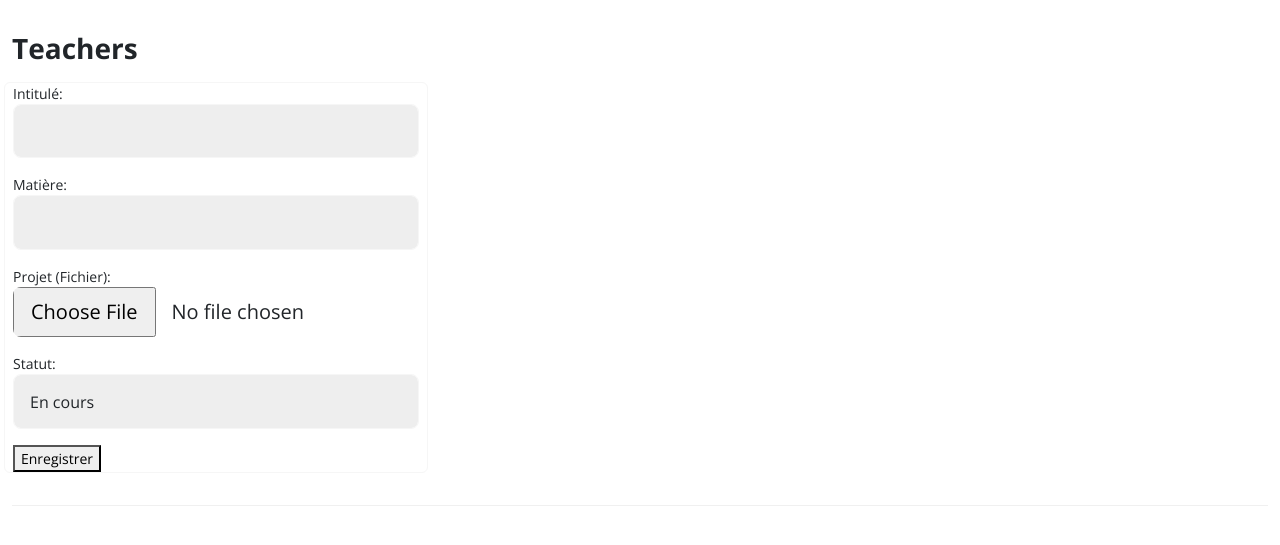
Repository: dimitri0004/Moodle
Page: http://localhost/enseignant/projet/ajouter
An editor plug-in stored every save of this project. The page is shown before and after the next save, followed by the edit.
The browser window is 1280 px wide. The pictures show the whole page.
The page is served by the project's application, run on Django 4.2 (manage.py).

Above is the page before, as saved 2023-08-16 14:44:32.
Console error: TypeError: Cannot set properties of null (setting 'innerHTML')

After the next save:
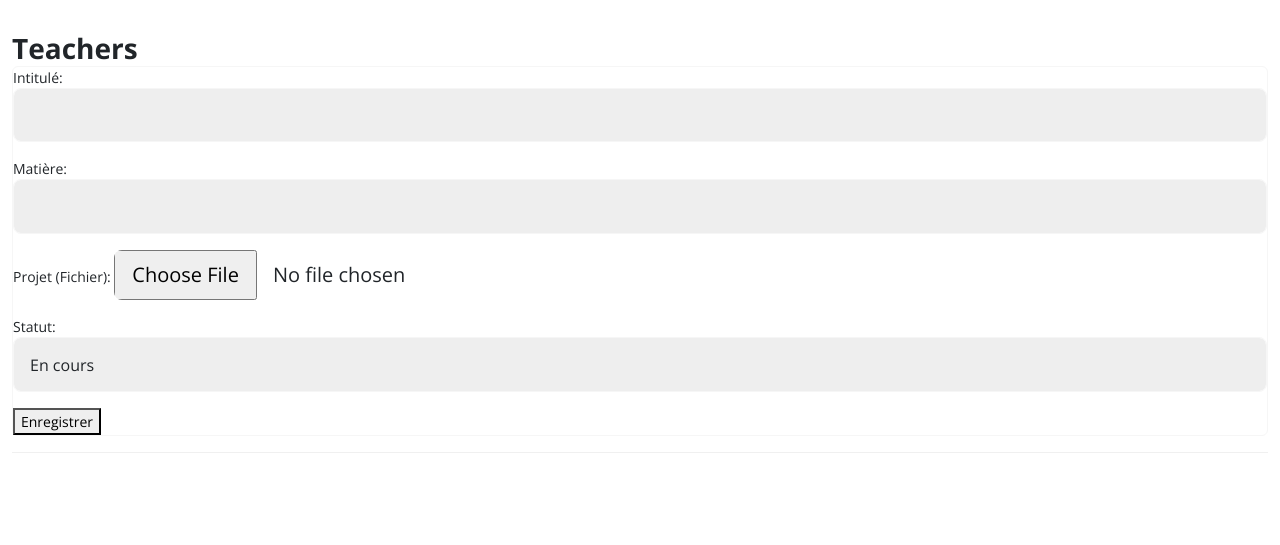
Saved 24 s later.
--- a/templates/Enseignant/projet.html
+++ b/templates/Enseignant/projet.html
@@ -14,7 +14,7 @@
                     <div class="card border-0 mb-4 no-bg">
                         <div class="card-header py-3 px-0  align-items-center  justify-content-between border-bottom">
                             <h3 class=" fw-bold flex-fill mb-0">Teachers</h3>
-                            <div class="row g-3 row-cols-1 row-cols-sm-1 row-cols-md-2 row-cols-lg-2 row-cols-xl-3 row-deck py-3">
+                            <div class="">
 
                                     <div class="card ">
 
